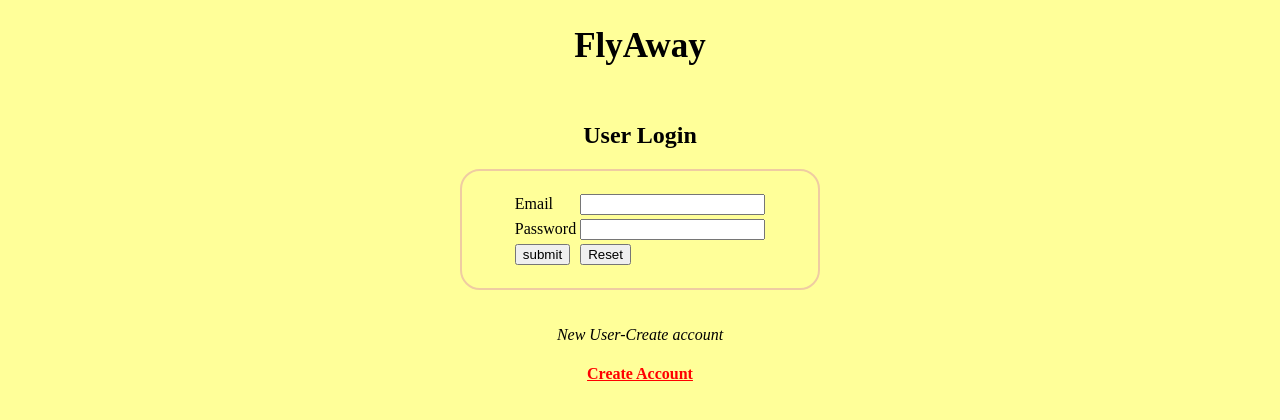
Repository: badrilogaram/Phase-two-project
Page: http://localhost/FlyAway-master/UserPage.jsp
The author's editor kept a copy of each file at every save. The page is drawn from the files as they stood at one save, then again after the next save.
The browser window is 1280 px wide. The pictures show the whole page.
The page is served by Tomcat 9.

Above is the page before, as saved 2021-05-27 23:02:44.

After the next save:
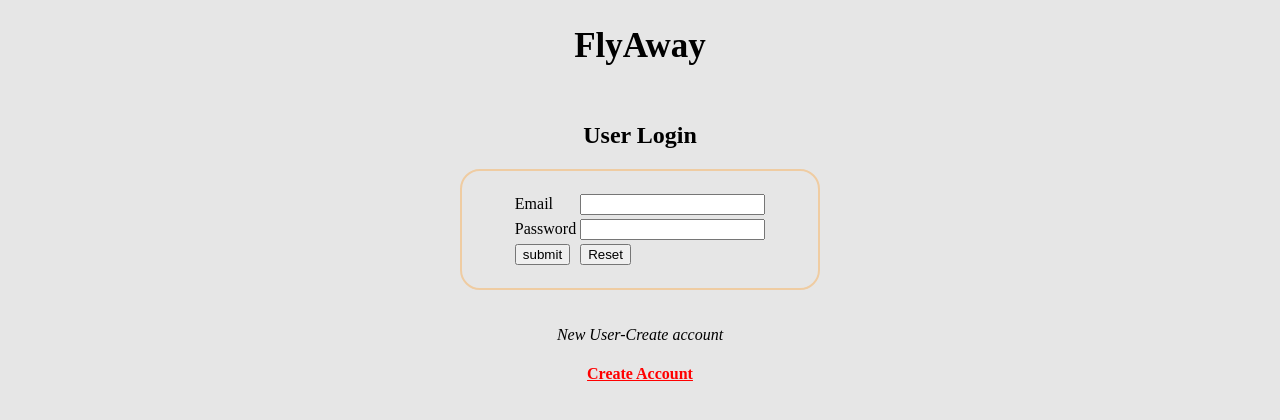
Saved 19 s later.
--- a/FlyAway-master/src/main/webapp/UserPage.jsp
+++ b/FlyAway-master/src/main/webapp/UserPage.jsp
@@ -6,7 +6,7 @@
 <meta charset="ISO-8859-1">
 <title>Insert title here</title>
 </head>
-<body style="background-color:rgb(255,255,153)">
+<body style="background-color:rgb(230,230,230)">
 <br>
 <center>
 <a href=HomePage.jsp style="color:black;text-decoration:none ;font-size:35px;font-weight:bold;">FlyAway</a>
